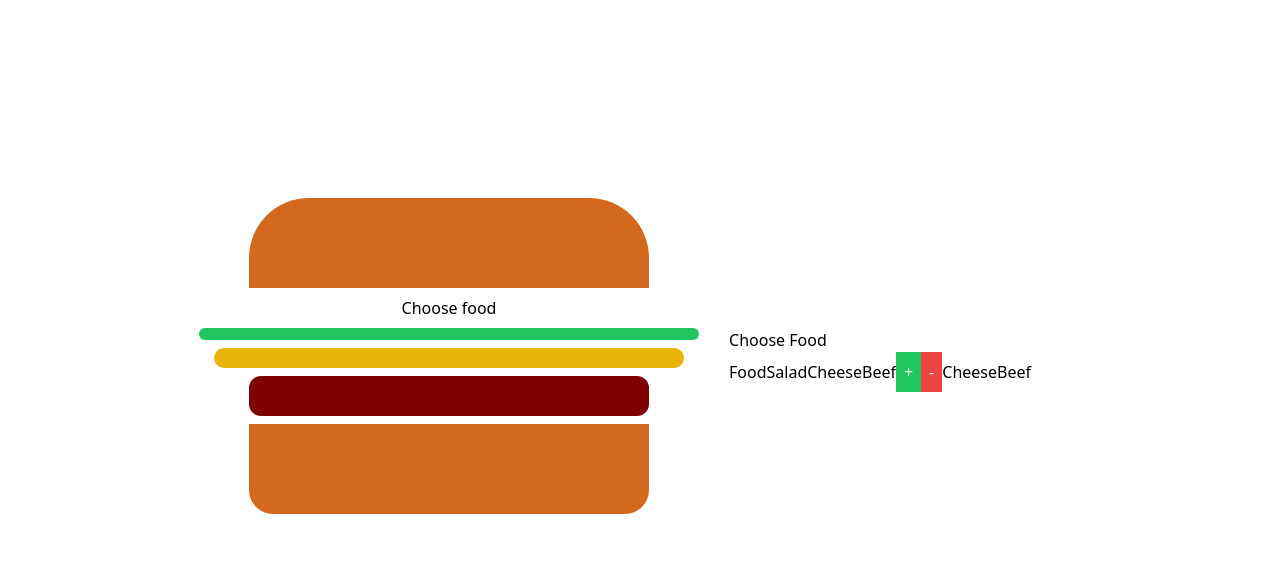
Repository: baobaodeveloper/bootcamp21_HuynhAnhBao_Burger
Page: /
An editor plug-in stored every save of this project. The page is shown before and after the next save, followed by the edit.
The browser window is 1280 px wide. The pictures show the whole page.
The project was rebuilt for these pictures with package versions that can differ from the ones it lists, and the page was loaded fresh each time. Also part of the build but not shown: vite.config.js.

Above is the page before, as saved 2022-05-15 16:58:15.

After the next save:
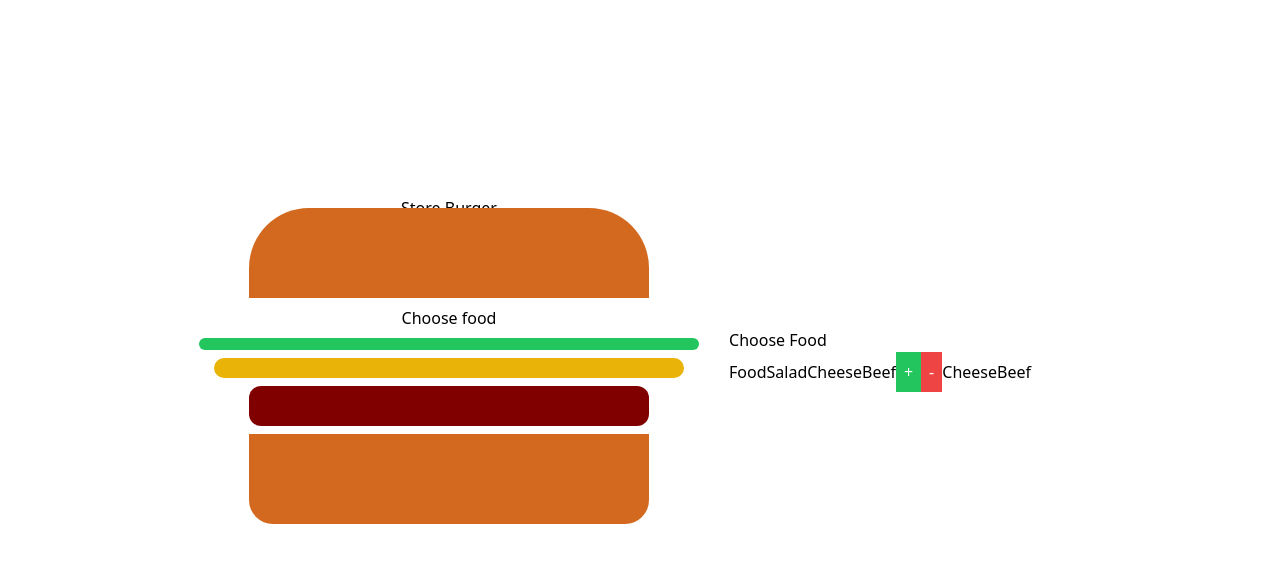
Saved 35 s later.
--- a/src/components/Burger.jsx
+++ b/src/components/Burger.jsx
@@ -5,7 +5,7 @@ export default function Burger() {
     <div>
       <div className="flex items-center gap-x-20  w-screen h-screen mx-auto justify-center">
         <div className="flex flex-col justify-center items-center gap-y-2 w-[400px]">
-          <h2 className="mb-5">Store Burger</h2>
+          <h2 className="mb-10">Store Burger</h2>
           <div className="bg-[#D2691E] w-full h-[30px] relative">
             <div className="bg-[#D2691E] w-full h-[60px] absolute top-0 left-0 -translate-y-[60px] rounded-tl-full rounded-tr-full"></div>
           </div>
